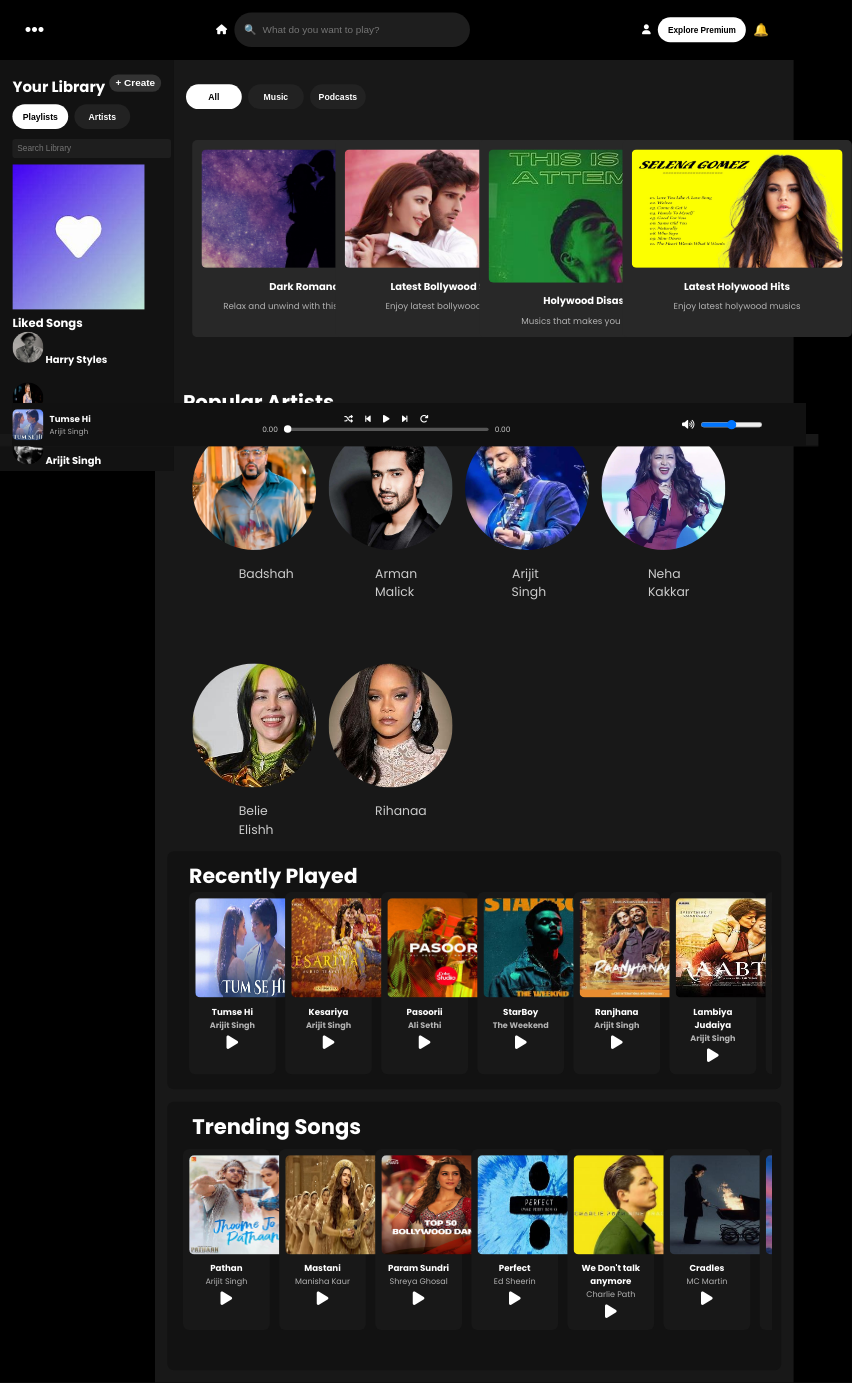
Repository: IshikaSinghRajput/Spotify_Clone
Page: index.html
These files come from the project's save history. The page is drawn as it stood at one moment and after the next save; the edit follows.
The browser window is 1280 px wide. The page is 1374 px wide, so the pictures cover 1374 px, including what lies to the right of the window. The pictures show the whole page, at 62% of full size.

Above is the page before, as saved 2025-04-26 15:47:27.

After the next save:
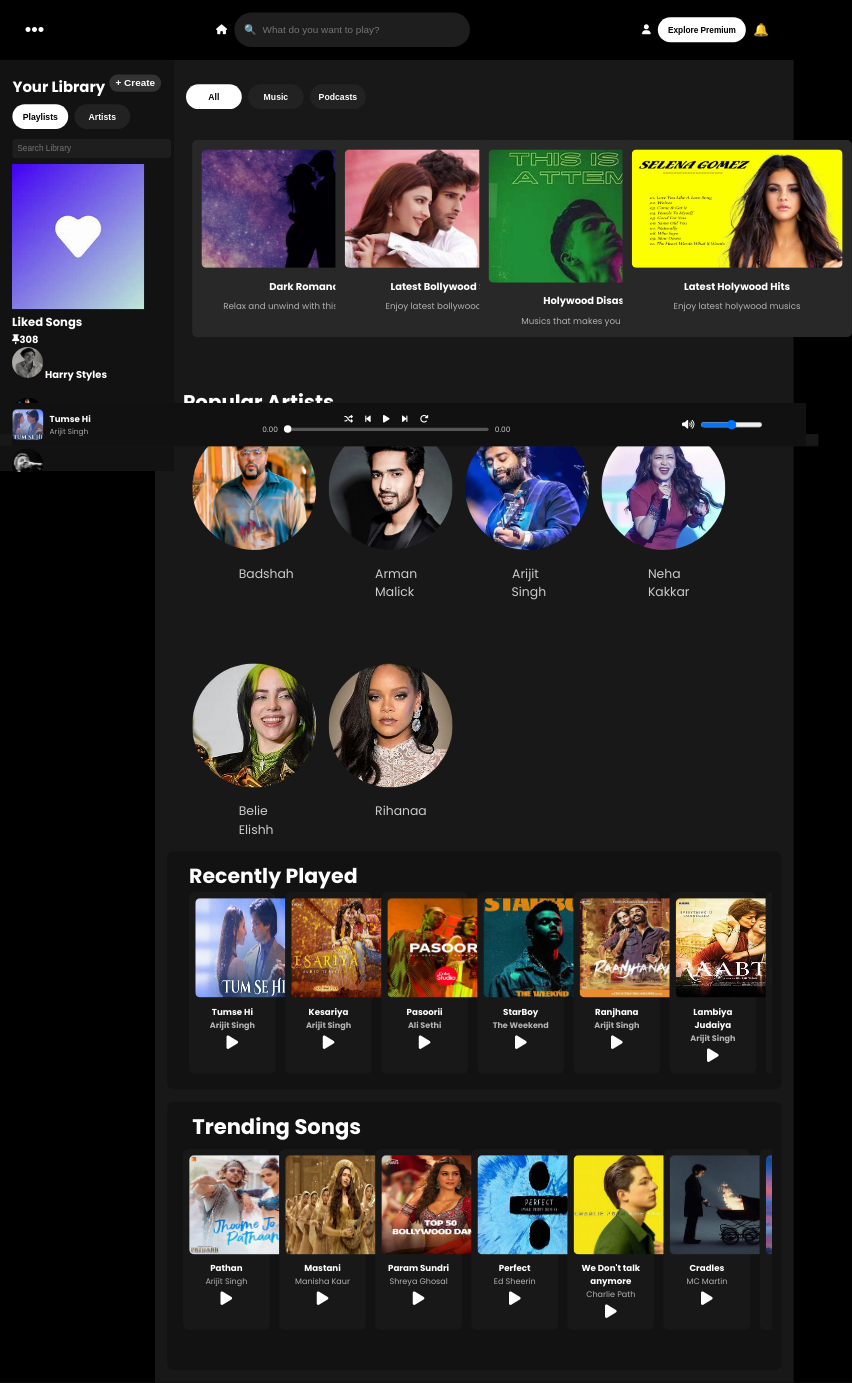
Saved 2 min 0 s later.
--- a/index.html
+++ b/index.html
@@ -38,7 +38,7 @@
                 </div>
                 <div class="text-content">
                   <h3>Liked Songs</h3>
-
+                  <p><i class="fa-solid fa-thumbtack"></i>308</p>
                 </div>
               </div>
 
